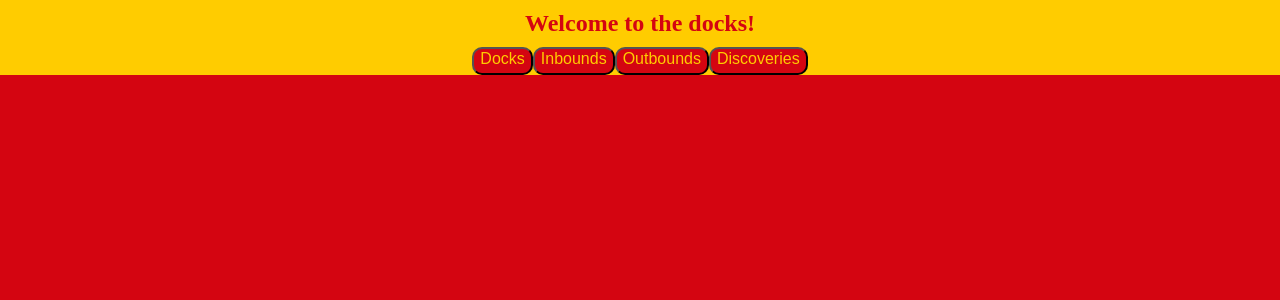
Repository: charliejp0311/java-final-proj
Page: dockWalk-frontend/index.html
An editor plug-in stored every save of this project. The page is shown before and after the next save, followed by the edit.
The browser window is 1280 px wide. The pictures show the whole page.
The page's requests for data from a server got no answer.

Above is the page before, as saved 2020-09-05 20:34:53.

After the next save:
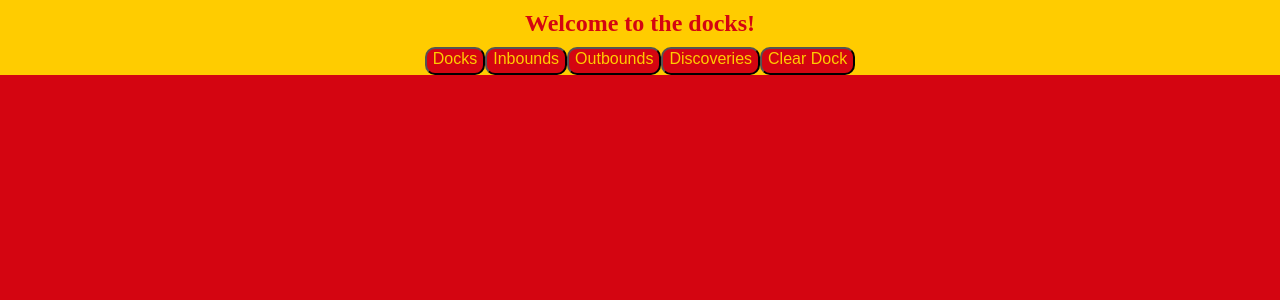
Saved 16 h 45 min later.
--- a/dockWalk-frontend/src/index.js
+++ b/dockWalk-frontend/src/index.js
@@ -19,8 +19,14 @@
         fetchDiscs()
     })
     button4.innerText = "Discoveries"
+    let button5 = document.createElement('button')
+    button5.addEventListener('click',(e)=>{
+        return fetch('http://localhost:3000/clear').then(resp=>resp.json()).then(json=>fetchDocks(json))
+    })
+    button5.innerText = "Clear Dock"
     h.appendChild(button1)
     h.appendChild(button2)
     h.appendChild(button3)
     h.appendChild(button4)
+    h.appendChild(button5)
 });
